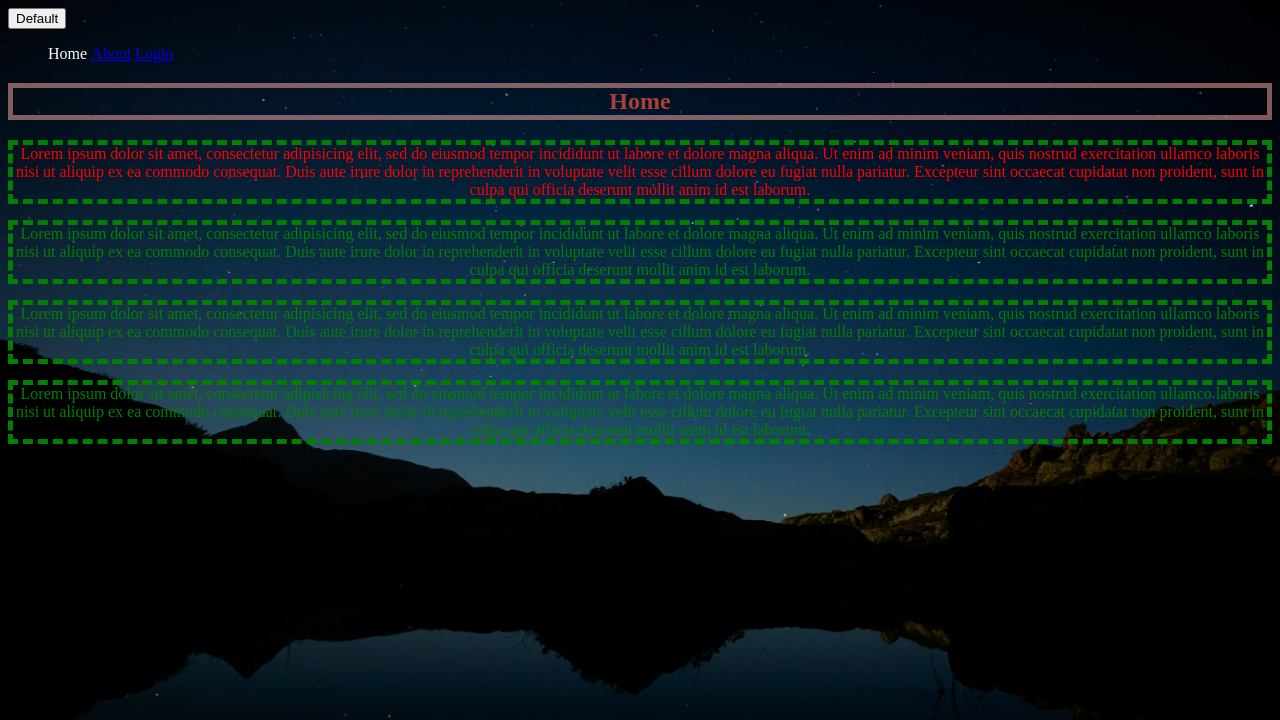
Repository: rileymeye1/ZTM
Page: project_files/index.html
These files come from the project's save history. The page is drawn as it stood at one moment and after the next save; the edit follows.
The browser window is 1280 px wide. The pictures show the whole page.

Above is the page before, as saved 2024-08-19 16:52:28.

After the next save:
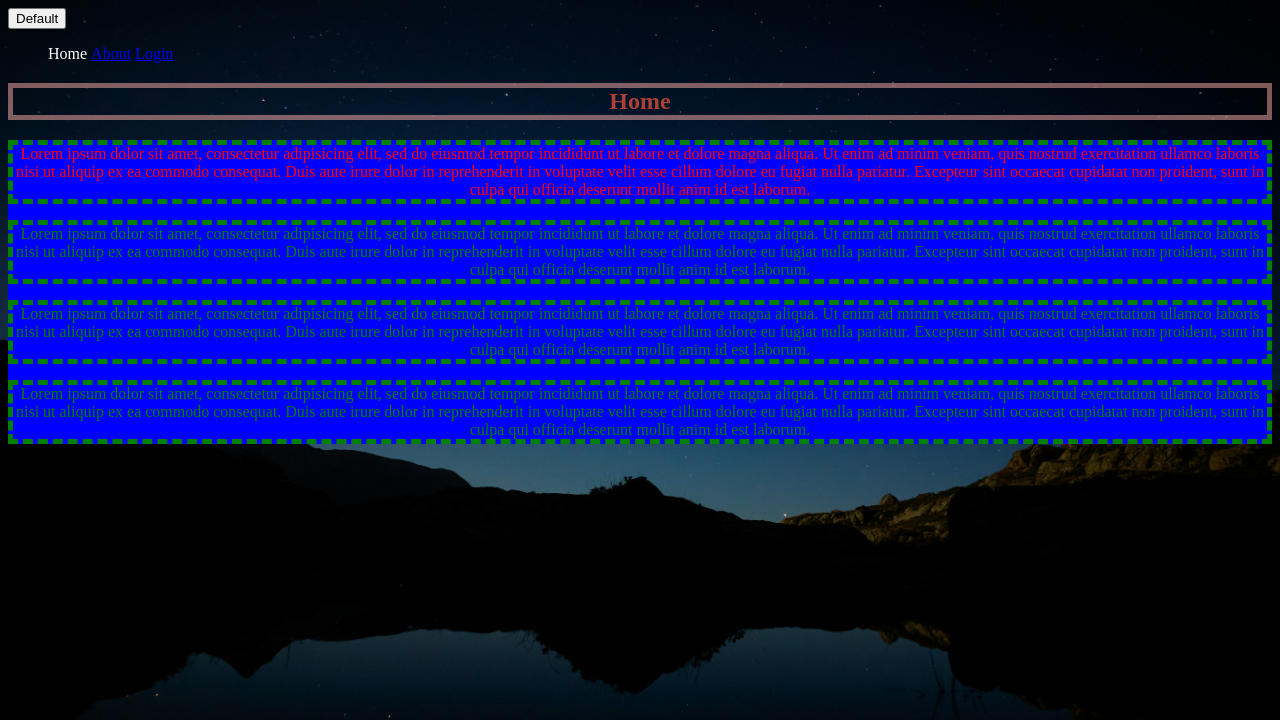
Saved 16 s later.
--- a/project_files/style.css
+++ b/project_files/style.css
@@ -35,3 +35,7 @@
 .active {
   color: red;
 }
+
+#div1 {
+  background: blue;
+}

After the save that followed:
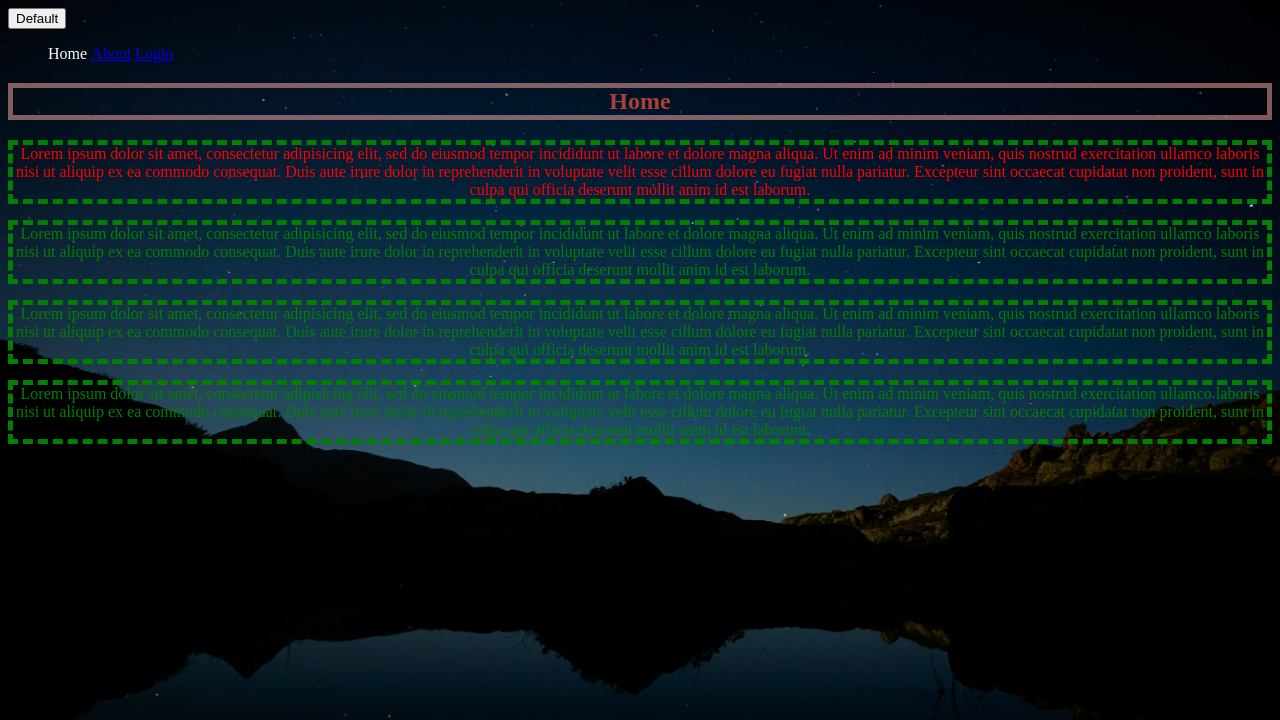
Saved 28 s later.
--- a/project_files/style.css
+++ b/project_files/style.css
@@ -37,5 +37,5 @@
 }
 
 #div1 {
-  background: blue;
+  background: rgba(0, 0, 255, );
 }
